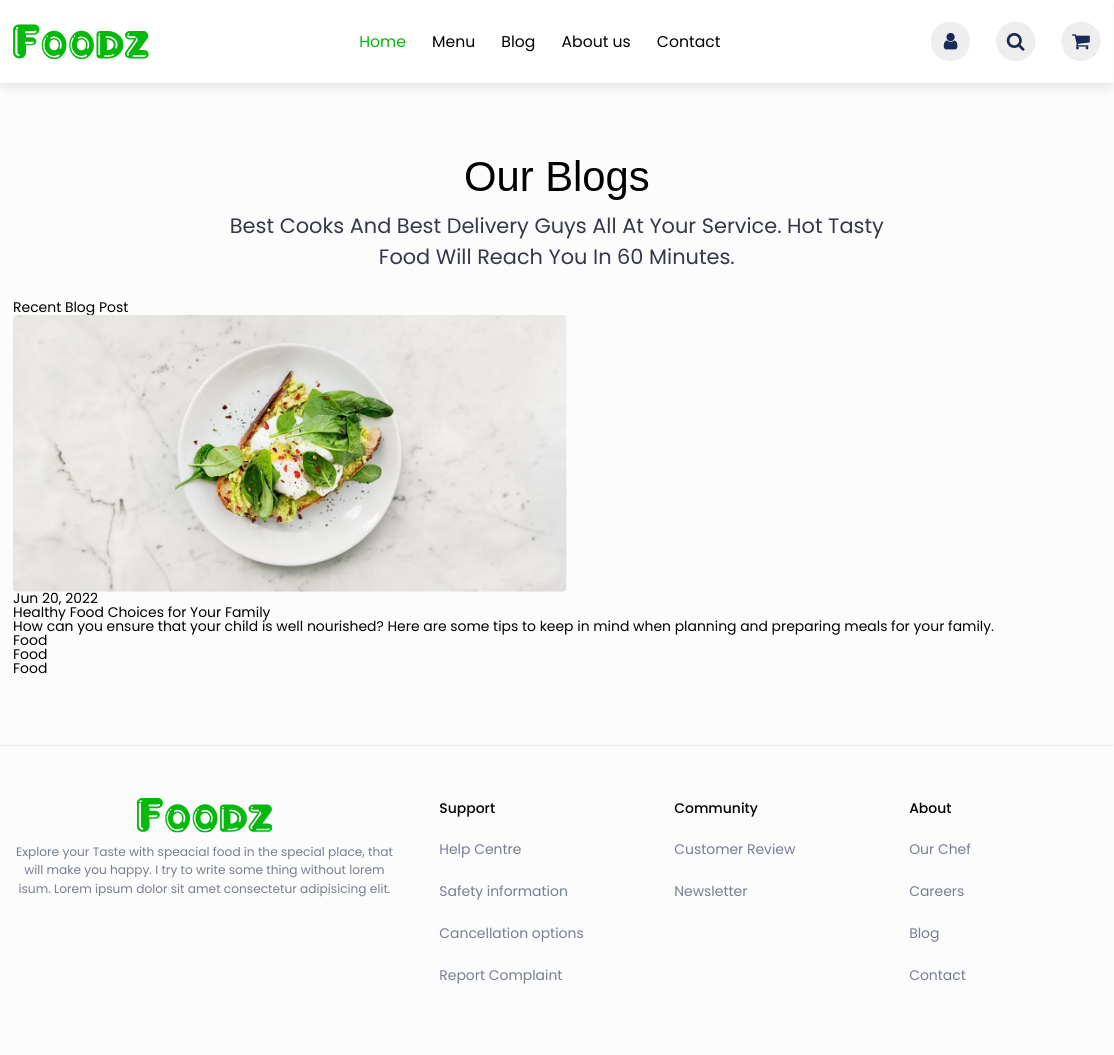
Repository: Toan3333/fooz
Page: assets/pages/blog.html
The author's editor kept a copy of each file at every save. The page is drawn from the files as they stood at one save, then again after a run of saves.
The browser window is 1280 px wide. The pictures show the whole page, at 87% of full size.
Some web fonts or font styles are not loaded; a fallback is used.

Above is the page before, as saved 2023-06-01 13:26:24.

### assets/pages/blog.html
<!DOCTYPE html>
<html lang="en">
  <head>
    <meta charset="UTF-8" />
    <meta http-equiv="X-UA-Compatible" content="IE=edge" />
    <meta name="viewport" content="width=device-width, initial-scale=1.0" />
    <title>Blog</title>
    <link rel="stylesheet" href="/assets/css/style.css" />
    <link
      href="https://fonts.googleapis.com/css?family=Poppins:100,100italic,200,200italic,300,300italic,regular,italic,500,500italic,600,600italic,700,700italic,800,800italic,900,900italic"
      rel="stylesheet"
    />
    <link
      href="https://fonts.googleapis.com/css?family=Alice:regular"
      rel="stylesheet"
    />
    <link
      rel="stylesheet"
      href="https://cdnjs.cloudflare.com/ajax/libs/font-awesome/4.7.0/css/font-awesome.min.css"
    />
  </head>
  <body>
    <div class="app">
      <!-- header -->
      <header class="header">
        <div class="container">
          <div class="header-main">
            <div class="header-logo">
              <img src="/assets/images/Logo.svg" alt="" />
            </div>
            <div class="header-menu">
              <ul class="header-nav">
                <li class="header-list">
                  <a href="/index.html" class="header-link active">Home</a>
                </li>
                <li class="header-list">
                  <a href="#" class="header-link">Menu</a>
                </li>
                <li class="header-list">
                  <a href="#" class="header-link">Blog</a>
                </li>
                <li class="header-list">
                  <a href="#" class="header-link">About us</a>
                </li>
                <li class="header-list">
                  <a href="/assets/pages/contact.html" class="header-link"
                    >Contact</a
                  >
                </li>
              </ul>
            </div>
            <div class="header-auth">
              <div class="header-icon">
                <a href="#">
                  <i class="fa fa-user" aria-hidden="true"></i>
                </a>
                <a href="#">
                  <i class="fa fa-search" aria-hidden="true"></i>
                </a>
                <a href="#">
                  <i class="fa fa-shopping-cart" aria-hidden="true"></i>
                </a>
              </div>
            </div>
          </div>
        </div>
      </header>
      <!-- header end -->
      <section class="our-blog">
        <div class="container">
          <div class="text-center__primary special-center menu-center">
            Our blogs
            <p class="text-bottom">
              Best cooks and best delivery guys all at your service. Hot tasty
              food will reach you in 60 minutes.
            </p>
          </div>
          <div class="our-blog__heading">Recent Blog Post</div>
          <div class="our-blog__main">
            <div class="our-blog__post">
              <div class="our-blog__image">
                <img src="/assets/images/blog-4.png" alt="" />
              </div>
              <div class="our-blog__content">
                <div class="our-blog__date">Jun 20, 2022</div>
                <div class="our-blog__title">
                  Healthy Food Choices for Your Family
                </div>
                <div class="our-blog__text">
                  How can you ensure that your child is well nourished? Here are
                  some tips to keep in mind when planning and preparing meals
                  for your family.
                </div>
                <ul class="our-blog__tag">
                  <li class="our-blog__item">Food</li>
                  <li class="our-blog__item">Food</li>
                  <li class="our-blog__item">Food</li>
                </ul>
              </div>
            </div>
            <div class="our-blog__post-2"></div>
          </div>
        </div>
      </section>

      <footer class="footer">
        <div class="container">
          <div class="footer-list">
            <div class="footer-column">
              <div class="footer-center">
                <div class="footer-logo">
                  <img src="/assets/images/Logo.svg" alt="" />
                </div>
                <p class="footer-desc">
                  Explore your Taste with speacial food in the special place,
                  that will make you happy. I try to write some thing without
                  lorem isum. Lorem ipsum dolor sit amet consectetur adipisicing
                  elit.
                </p>
              </div>
            </div>
            <div class="footer-column">
              <h3 class="footer-title">Support</h3>
              <ul class="footer-menu">
                <li class="footer-item"><a href="#">Help Centre</a></li>
                <li class="footer-item"><a href="#">Safety information</a></li>
                <li class="footer-item">
                  <a href="#">Cancellation options</a>
                </li>
                <li class="footer-item"><a href="#">Report Complaint</a></li>
              </ul>
            </div>
            <div class="footer-column">
              <h3 class="footer-title">Community</h3>
              <ul class="footer-menu">
                <li class="footer-item"><a href="#">Customer Review</a></li>
                <li class="footer-item"><a href="#">Newsletter</a></li>
              </ul>
            </div>
            <div class="footer-column">
              <h3 class="footer-title">About</h3>
              <ul class="footer-menu">
                <li class="footer-item"><a href="#">Our Chef</a></li>
                <li class="footer-item"><a href="#">Careers</a></li>
                <li class="footer-item">
                  <a href="#">Blog</a>
                </li>
                <li class="footer-item"><a href="#">Contact</a></li>
              </ul>
            </div>
          </div>
        </div>
      </footer>
      <!-- loader -->
      <!-- <div class="loader-container">
        <img src="./assets/images/loader.gif" alt="" />
      </div> -->
      <!-- loader end -->
    </div>
  </body>
</html>

### assets/css/style.css
*,
*:before,
*:after {
  box-sizing: border-box;
  text-decoration: none;
  list-style: none;
}
:root {
  --font-primary: "Poppins", sans-serif;
  --font-secondary: "Alice", sans-serif;
  --primary-color: #04b90b;
  --black: #000000;
  --gray: #777e90;
  --black-2: #23262f;
  --bg-primary: #fcfcfd;
  --gray-2: #f4f5f6;
  --gray-3: #353945;
  --btn-color: #192a56;
}
* {
  margin: 0;
  padding: 0;
  font: inherit;
}
img,
picture,
svg,
video {
  display: block;
  max-width: 100%;
}
input,
select,
textarea {
  background-color: transparent;
  outline: none;
}
button {
  cursor: pointer;
  background-color: transparent;
  outline: none;
  border: 0;
}
body {
  min-height: 100vh;
  font-weight: 400;
  font-size: 16px;
  line-height: 1;
  font-family: var(--font-primary);
  background-color: var(--bg-primary);
  color: var(--black);
}
.container {
  max-width: 1330px;
  width: 100%;
  margin: 0 auto;
  padding: 0 15px;
}
/* HEADER */
.header {
  position: sticky;
  top: 0;
  left: 0;
  right: 0;
  z-index: 1000;
  padding: 25px 0;
  background-color: #fff;
  box-shadow: 0 5px 15px rgba(0, 0, 0, 0.1);
}
.header-main {
  display: flex;
  justify-content: space-between;
  align-items: center;
}
.header-logo {
  cursor: pointer;
}
.header-nav {
  display: flex;
  align-items: center;
  gap: 30px;
}
.header-link {
  font-size: 18px;
  line-height: 30px;
  font-weight: 400;
  color: var(--black);
}
.header-link:hover {
  color: var(--primary-color);
  transition: all 0.2s linear;
}
.header-link.active {
  color: var(--primary-color);
}
.header-icon {
  display: flex;
  align-items: center;
  gap: 30px;
  font-size: 22px;
}
.header-icon a,
.header-icon i {
  width: 45px;
  height: 45px;
  line-height: 45px;
  border-radius: 100rem;
  text-align: center;
  color: var(--btn-color);
  background-color: #eee;
  transition: 0.2s linear;
}
.header-icon a:hover,
.header-icon i:hover {
  color: #fff;
  background-color: var(--primary-color);
  transform: rotate(180deg);
}

/* HEADER END */

/* HERO */
.hero {
  padding: 60px 0;
}
.hero-main {
  display: flex;
  justify-content: space-between;
  gap: 40px;
}
.hero-content {
  max-width: 677px;
  width: 100%;
}
.hero-title {
  font-size: 65px;
  font-weight: 400;
  font-family: var(--font-secondary);
  line-height: 70px;
  letter-spacing: -0.5%;
  margin-bottom: 30px;
}
.hero-desc {
  font-size: 24px;
  font-weight: 400;
  line-height: 36px;
  color: var(--gray);
  margin-bottom: 25px;
}
.hero-cta {
  margin-bottom: 105px;
}
.hero-btn {
  display: flex;
  align-items: center;
  gap: 24px;
}
.hero-btn span {
  font-size: 16px;
  line-height: 24px;
  font-weight: 400;
  color: var(--primary-color);
}
.button-primary {
  background-color: var(--btn-color);
  border-radius: 8px;
  padding: 10px 20px;
  font-size: 16px;
  line-height: 24px;
  font-weight: 500;
  color: var(--bg-primary);
  transition: all 0.2s linear;
}
.button-primary:hover {
  background-color: var(--primary-color);
  letter-spacing: 1px;
}
.hero-info {
  max-width: 576px;
  width: 100%;
  background-color: var(--gray-2);
  border-radius: 16px;
  padding: 28px 56px 28px 56px;
}
.hero-list {
  display: flex;
  align-items: center;
  justify-content: space-between;
}
.hero-item {
  text-align: center;
}
.hero-number {
  font-size: 32px;
  line-height: 48px;
  font-weight: 600;
  color: var(--gray);
}
.hero-text {
  font-size: 20px;
  line-height: 30px;
  color: var(--gray);
  font-weight: 400;
}
.hero-image {
  width: 100%;
}
.hero-image img {
  width: 100%;
}
/* HERO END*/

/* SERVICE */
.service {
  padding: 80px 0;
}
.text-center__primary {
  max-width: 440px;
  margin: 0 auto;
  text-align: center;
  font-size: 48px;
  font-weight: 400;
  line-height: 55px;
  font-family: var(--font-secondary);
  text-transform: capitalize;
}
.text-primary {
  color: var(--primary-color);
}
.service-list {
  margin-top: 80px;
  display: grid;
  grid-template-columns: repeat(3, 1fr);
  grid-gap: 70px;
}
.service-item {
  display: flex;
  align-items: center;
  justify-content: center;
  flex-direction: column;
  padding: 40px 36px;
  text-align: center;
  cursor: pointer;
}
.service-item:hover {
  background: #ffffff;
  box-shadow: 0px 10px 27px rgba(53, 53, 53, 0.05);
  transition: 0.2s linear;
}
.service-icon {
  margin-bottom: 24px;
}
.service-icon a {
  width: 120px;
  height: 120px;
  border-radius: 100rem;
  background: #ffffff;
  box-shadow: 5px 9px 16px rgba(0, 0, 0, 0.04);
  display: inline-flex;
  align-items: center;
  justify-content: center;
}
.service-title {
  font-size: 28px;
  line-height: 42px;
  font-weight: 400;
  color: var(--black-2);
  margin-bottom: 6px;
}
.service-desc {
  font-size: 16px;
  line-height: 24px;
  font-weight: 400;
  color: var(--gray-3);
}
/* SERVICE END*/

/* ABOUT */
.about {
  padding: 80px 0;
}
.about-heading {
  text-align: center;
}
.about-main {
  display: flex;
  justify-content: space-between;
  align-items: center;
  gap: 130px;
  margin-top: 80px;
}
.about-center {
  max-width: 475px;
}
.about-image {
  max-width: 500px;
  width: 100%;
}
.about-image img {
  width: 100%;
}
.about-content {
  width: 100%;
}
.about-info {
  display: flex;
  align-items: center;
  gap: 94px;
  font-family: var(--font-secondary);
  margin-bottom: 12px;
}
.about-name {
  font-size: 24px;
  color: var(--primary-color);
  font-weight: 400;
  line-height: 28px;
}
.about-view {
  display: flex;
  align-items: center;
  gap: 12px;
  font-size: 14px;
  font-weight: 500;
  line-height: 20px;
  color: var(--primary-color);
}
.about-desc {
  font-size: 18px;
  line-height: 27px;
  font-weight: 400;
  color: var(--gray-3);
}
/* ABOUT END*/

/* SPECIAL */
.special {
  padding: 80px 0;
}
.special-center {
  max-width: 770px;
  margin: 0 auto;
  width: 100%;
}
.text-bottom {
  margin-top: 12px;
  font-size: 24px;
  line-height: 36px;
  color: var(--gray-3);
  font-weight: 400;
  font-family: var(--font-primary);
}
.special-list {
  margin-top: 80px;
  display: grid;
  grid-template-columns: repeat(3, 1fr);
  grid-gap: 30px;
}
.special-item {
  background-color: #ffffff;
  box-shadow: 0px 10px 27px rgba(53, 53, 53, 0.05);
  border-radius: 15px;
  padding: 24px 28px;
}
.special-image {
  position: relative;
  width: 100%;
  margin-bottom: 24px;
  cursor: pointer;
  text-align: center;
  overflow: hidden;
}
.special-image .fa-heart,
.special-image .fa-eye {
  position: absolute;
  top: 15px;
  height: 50px;
  width: 50px;
  line-height: 50px;
  background-color: #eee;
  font-size: 20px;
  border-radius: 50%;
  transition: all 0.2s linear;
}
.special-image .fa-heart:hover,
.special-image .fa-eye:hover {
  background-color: var(--primary-color);
  color: #fff;
}
.special-image .fa-heart {
  right: -150px;
}
.special-image .fa-eye {
  left: -150px;
}
.special-image:hover .fa-heart {
  right: 15px;
}
.special-image:hover .fa-eye {
  left: 15px;
}

.special-image img {
  width: 100%;
}
.special-title {
  font-size: 32px;
  line-height: 37px;
  font-weight: 400;
  color: var(--black-2);
  margin-bottom: 12px;
  font-family: var(--font-secondary);
  cursor: pointer;
}
.special-title:hover {
  color: var(--primary-color);
  transition: 0.2s linear;
}
.special-rating {
  display: flex;
  align-items: center;
  gap: 12px;
  margin-bottom: 12px;
}
.special-icon i {
  color: var(--primary-color);
}
.special-views {
  font-size: 16px;
  line-height: 24px;
  font-weight: 400;
  color: var(--gray-3);
}
.special-bottom {
  display: flex;
  align-items: center;
  justify-content: space-between;
}
.special-price {
  font-size: 40px;
  line-height: 40px;
  font-weight: 400;
  color: var(--primary-color);
  font-family: var(--font-secondary);
  text-transform: capitalize;
}
.special-arrows {
  margin-top: 48px;
  display: inline-block;
  position: relative;
  left: 50%;
  transform: translateX(-50%);
  cursor: pointer;
}
.special-main {
  display: flex;
  align-items: center;
  gap: 8px;
}
.special-btn-arrow i {
  width: 40px;
  height: 40px;
  border-radius: 100rem;
  display: inline-flex;
  border: 2px solid #e6e8ec;
  border-radius: 40px;
  align-items: center;
  justify-content: center;
  transition: 0.2s ease-in-out;
}
.special-btn-arrow i:hover {
  color: white;
  background-color: var(--primary-color);
}
/* SPECIAL END*/
/* form */
.form-main {
  margin-top: 80px;
  display: flex;
  justify-content: space-between;
  align-items: center;
  gap: 105px;
}
.form-content {
  max-width: 544px;
  width: 100%;
}
.form-title {
  font-size: 24px;
  font-weight: 400;
  line-height: 36px;
  color: var(--black-2);
  margin-bottom: 4px;
}
.form-text {
  font-size: 16px;
  line-height: 24px;
  font-weight: 400;
  margin-bottom: 24px;
}
.form-list {
  display: flex;
  align-items: center;
  justify-content: space-between;
  margin-bottom: 8px;
  font-size: 16px;
  line-height: 24px;
  font-weight: 400;
}
.form-list span {
  color: var(--primary-color);
}
.form-meal__select {
  width: 100%;
}
.form-meal__select select {
  width: 100%;
  padding: 10px 20px 10px 20px;
  border-radius: 12px;
  color: var(--gray);
}
.form-meal__add {
  color: var(--primary-color);
  display: flex;
  align-items: center;
  gap: 4px;
  font-size: 14px;
  line-height: 21px;
  margin-top: 8px;
}
.form-container {
  display: flex;
  justify-content: space-between;
  align-items: center;
}
.form-field {
  font-size: 16px;
  font-weight: 400;
  line-height: 24px;
  margin-top: 16px;
}
.form-field__title {
  font-size: 16px;
  line-height: 24px;
  font-weight: 400;
  color: var(--gray-3);
}
.form-item {
  max-width: 256px;
  width: 100%;
  position: relative;
}
.form-item.form-items {
  max-width: 544px;
  width: 100%;
}
.form-input__cash {
  width: 100%;
}
.form-item__icon {
  position: absolute;
  top: 23px;
  right: 20px;
}
.form-field input {
  width: 100%;
  padding: 10px 20px 10px 20px;
  border-radius: 12px;
  border: 1px solid var(--gray);
  margin-top: 8px;
}
.form-field input::placeholder {
  font-size: 16px;
  font-weight: 400;
  color: var(--gray);
}
.form-field.form-item {
  max-width: 256px;
  width: 100%;
}
.form-field textarea {
  width: 100%;
  padding: 10px 20px;
  border: 1px solid var(--gray);
  border-radius: 12px;
  color: var(--gray);
  font-weight: 400;
}
.form-price {
  font-size: 16px;
  line-height: 24px;
  font-weight: 400;
  color: var(--gray);
  display: flex;
  align-items: center;
  gap: 6px;
  margin-bottom: 32px;
}
.form-price span {
  font-size: 24px;
  line-height: 27px;
  font-family: var(--font-secondary);
  font-weight: 400;
  color: var(--primary-color);
}
.form-image {
  width: 100%;
}
.form-image img {
  width: 100%;
}
.loader-container {
  position: fixed;
  top: 0;
  left: 0;
  z-index: 10000;
  display: flex;
  justify-content: center;
  align-items: center;
  height: 100%;
  width: 100%;
  background-color: #fff;
}
.loader-container.fade-out {
  top: -120%;
}
.blog {
  padding: 80px 0px;
}
.blog-list {
  margin-top: 80px;
  display: grid;
  grid-template-columns: repeat(3, 1fr);
  grid-gap: 30px;
}
.blog-image {
  transition: 0.2s linear;
  width: 100%;
  overflow: hidden;
  cursor: pointer;
}

.blog-image img {
  width: 100%;
  transition: all 0.3s ease-in-out;
}
.blog-image:hover img {
  transform: scale(1.1);
}
.blog-content {
  padding: 15px 20px;
  border: 1px solid #e5e5e5;
  background-color: #ffffff;
}
.blog-title {
  font-size: 20px;
  line-height: 32px;
  margin-bottom: 8px;
  cursor: pointer;
  transition: 0.2s linear;
}
.blog-title:hover {
  color: var(--primary-color);
}
.blog-desc {
  font-size: 16px;
  line-height: 24px;
  font-weight: 400;
  color: var(--gray);
  margin-bottom: 12px;
}
.menu {
  padding: 80px 0;
}
.menu-center {
  margin-bottom: 32px;
}
.tab {
  max-width: 672px;
  width: 100%;
  margin: 0 auto;
  background-color: white;
  padding: 8px;
  box-shadow: 0px 3px 9px rgba(1, 5, 20, 0.05);
  border-radius: 8px;
  display: grid;
  grid-template-columns: repeat(3, 1fr);
  grid-gap: 36px;
}
.tab-item {
  display: flex;
  align-items: center;
  padding: 12px;
  cursor: pointer;
  transition: all 0.2s linear;
  gap: 8px;
}
.tab-item img {
  width: 33px;
  height: 33px;
}
.tab-item.active {
  background-color: var(--primary-color);
  color: white;
  border-radius: 8px;
}
.tab-item:hover {
  background-color: var(--primary-color);
  border-radius: 8px;
  color: white;
}
.contact {
  padding: 80px 0;
}
.contact-main {
  display: flex;
  justify-content: space-between;
  align-items: center;
  gap: 135px;
}
.contact-content {
  max-width: 524px;
  width: 100%;
}
.contact-title {
  font-size: 48px;
  font-weight: 400;
  line-height: 55px;
  text-transform: capitalize;
  color: var(--black-2);
  font-family: var(--font-secondary);
  margin-bottom: 12px;
}
.contact-text {
  font-size: 22px;
  font-weight: 400;
  line-height: 32px;
  color: var(--gray);
}
.contact-text span {
  color: var(--primary-color);
}
.contact-btn {
  margin-top: 20px;
  width: 100%;
}
.contact-button {
  width: 100%;
}
.contact-map {
  width: 100%;
}
.our-blog {
  padding: 80px 0;
}
.footer {
  padding-bottom: 80px;
  border-top: 1px solid #e6e8ec;
  padding-top: 60px;
}
.footer-list {
  display: grid;
  grid-template-columns: 2fr 1fr 1fr 1fr;
  grid-gap: 50px;
}
.footer-center {
  display: flex;
  align-items: center;
  flex-direction: column;
  text-align: center;
}
.footer-logo {
  margin-bottom: 12px;
}
.footer-desc {
  font-size: 14px;
  line-height: 21px;
  color: var(--gray);
  font-weight: 400;
}
.footer-title {
  font-size: 16px;
  line-height: 24px;
  font-weight: 500;
  color: var(--black);
  margin-bottom: 24px;
}
.footer-menu {
  display: flex;
  gap: 24px;
  flex-direction: column;
}
.footer-item a {
  font-size: 16px;
  font-weight: 400;
  line-height: 24px;
  color: var(--gray);
  transition: 0.2s linear;
}
.footer-item a:hover {
  color: var(--primary-color);
}

After the next 2 saves:
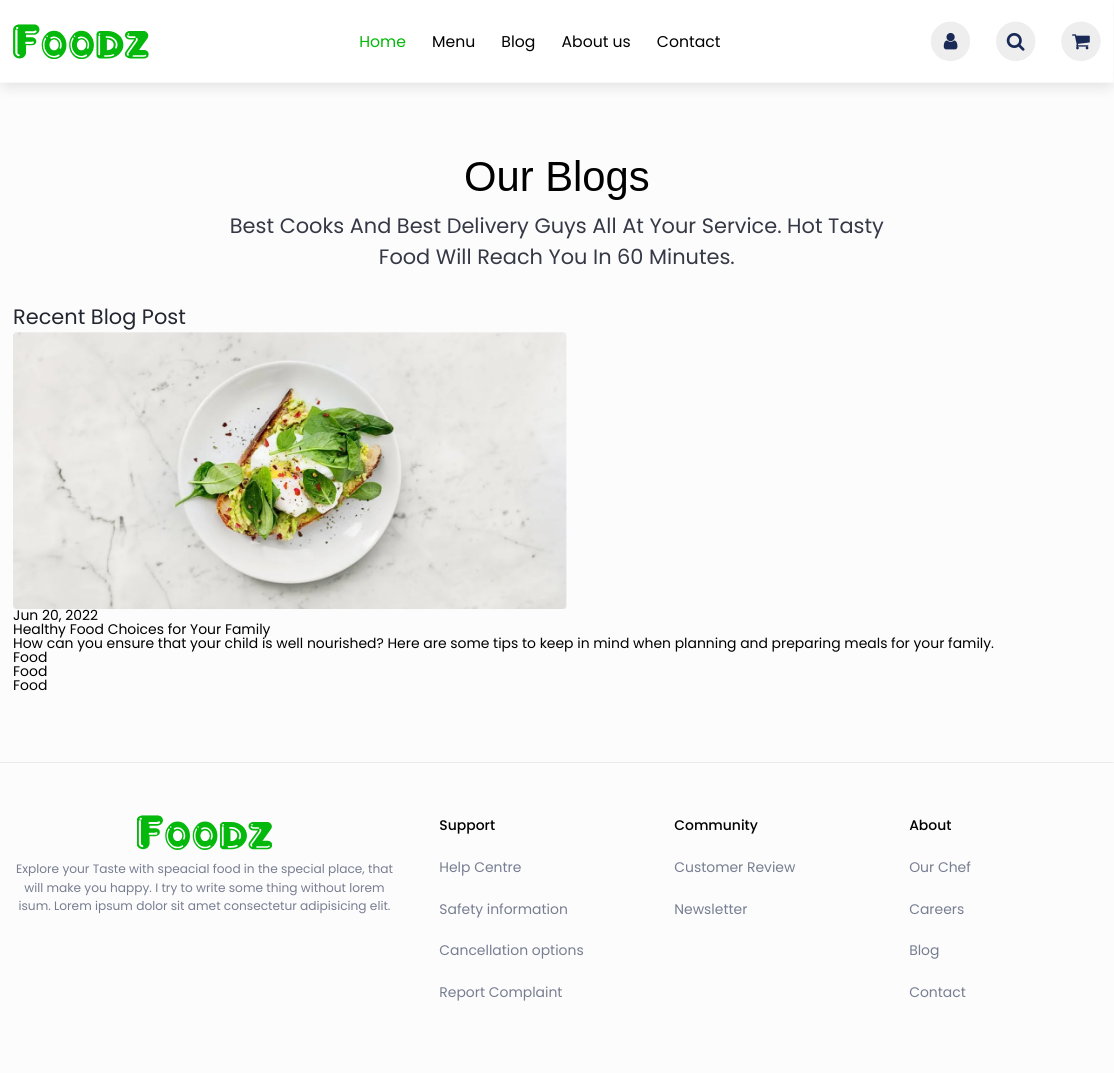
The 2 saves are shown as one change because they came seconds apart.
The last was saved 39 s later.
--- a/assets/css/style.css
+++ b/assets/css/style.css
@@ -752,6 +752,12 @@ body {
 .our-blog {
   padding: 80px 0;
 }
+.our-blog__heading {
+  font-size: 24px;
+  line-height: 36px;
+  color: var(--black-2);
+  font-weight: 400;
+}
 .footer {
   padding-bottom: 80px;
   border-top: 1px solid #e6e8ec;
